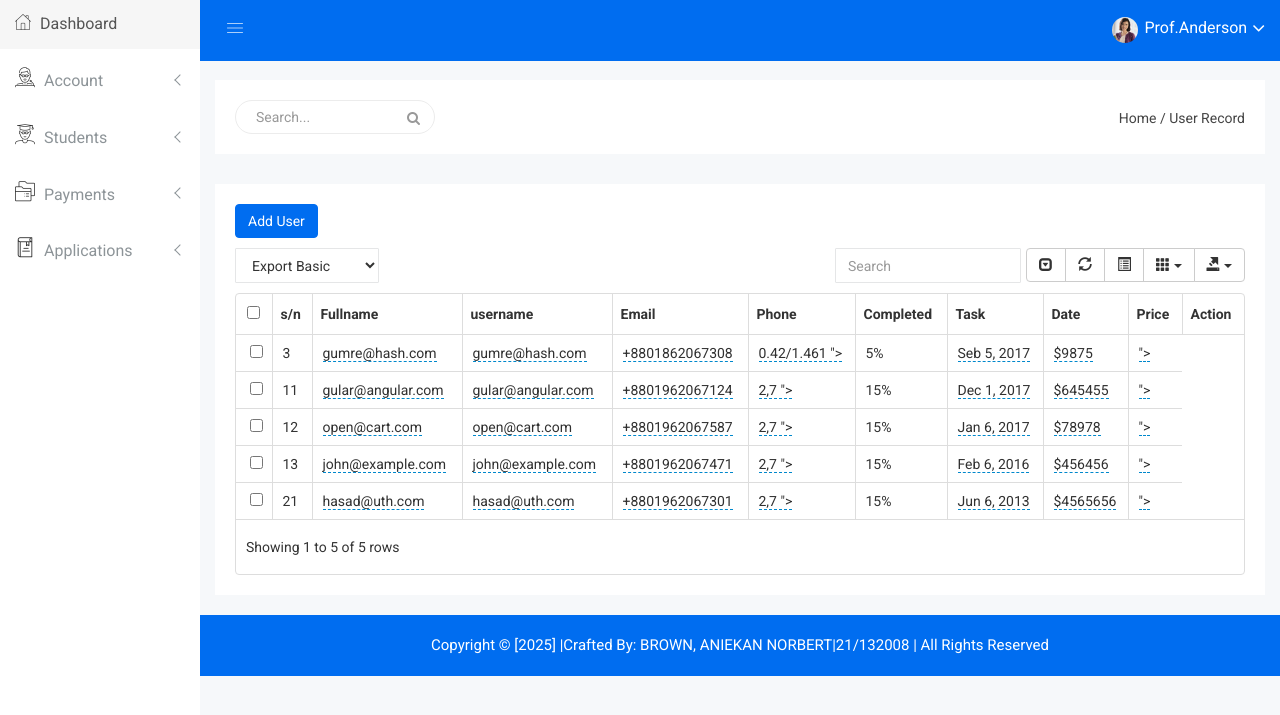
Repository: walterjnr1/crowdfunding-system
Page: http://localhost/Admin/user_record.php
An editor plug-in stored every save of this project. The page is shown before and after the next save, followed by the edit.
The browser window is 1280 px wide. The pictures show the whole page.
The page is run by PHP 8.4 with error messages shown; the project is at /var/www/html/.

Above is the page before, as saved 2025-02-20 11:26:34.
Console error (its wording comes from the project's code and is left out).

After the next save:
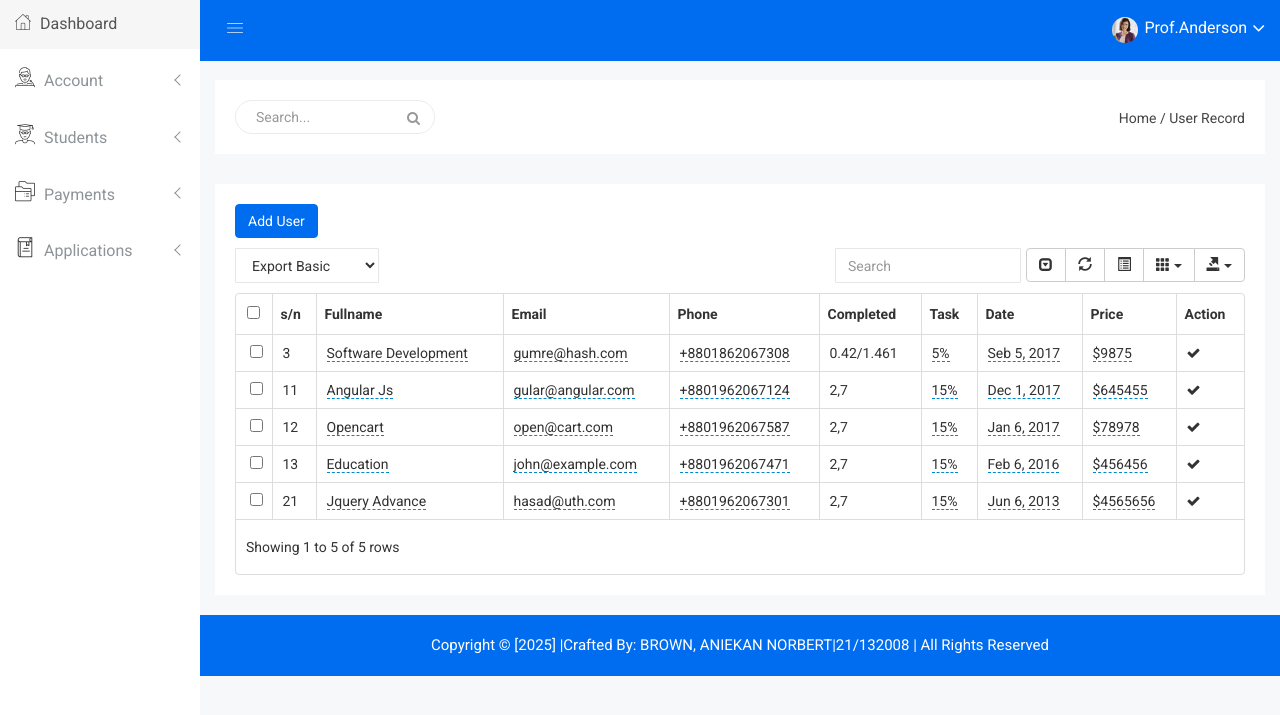
Saved 5 s later.
--- a/Admin/user_record.php
+++ b/Admin/user_record.php
@@ -117,7 +117,6 @@
                                                 <th data-field="state" data-checkbox="true"></th>
                                                 <th data-field="id">s/n</th>
                                                 <th data-field="name" data-editable="true">Fullname</th>
-                                                <th data-field="name" data-editable="true">username</th>
                                                 <th data-field="email" data-editable="true">Email</th>
                                                 <th data-field="phone" data-editable="true">Phone</th>
                                                 <th data-field="complete">Completed</th>
